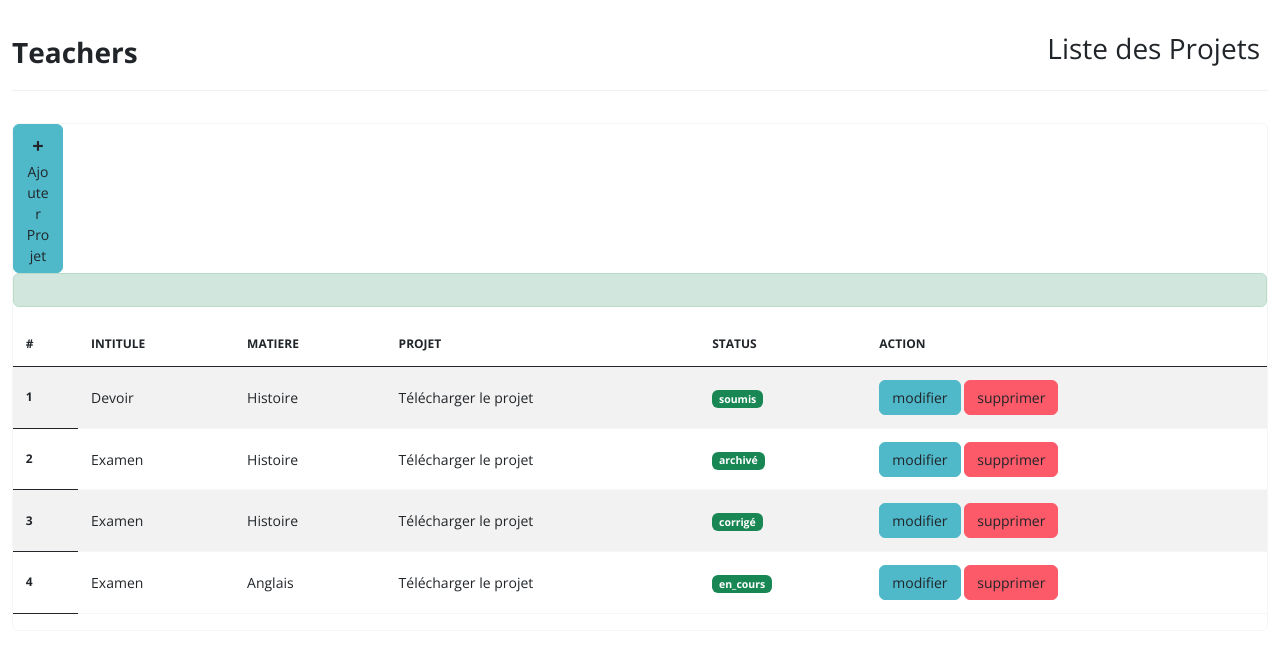
Repository: dimitri0004/Moodle
Page: http://localhost/enseignant/projet/
These files come from the project's save history. The page is drawn as it stood at one moment and after the next save; the edit follows.
The browser window is 1280 px wide. The pictures show the whole page.
The page is served by the project's application, run on Django 4.2 (manage.py). Other server files are loaded and not shown. The database holds what the project's SQL file puts in it.

Above is the page before, as saved 2023-08-19 03:42:12.
Console error: TypeError: Cannot set properties of null (setting 'innerHTML')

### templates/Enseignant/Projet/index.html
{% extends "base.html" %}
{% block content %}

<div class="body d-flex py-lg-3 py-md-2">
    <div class="container-xxl">
        <div class="row">
            <div class="col-md-12">
                <div class="card border-0 mb-4 no-bg">
                    <div class="card-header py-3 px-0 d-flex align-items-center  justify-content-between border-bottom">
                        <h3 class=" fw-bold flex-fill mb-0">Teachers</h3>
                        <div class="dropdown px-2">
                            <H3>Liste des Projets</H3>
                        </div>

                    </div>
                </div>
            </div>
        </div>
        <div class="">
            <div class="col">
                <h3></h3>
                <div class="card teacher-card">
                <a href="{% url 'ajouter_projet' %}" style="width: 50px;" class="btn btn-info"><strong style="font-size: 20px; ">+</strong> Ajouter Projet</a>
                    <p class="alert alert-success">{{ message }}</p>



                    <table class="table table-striped">
                        <thead>
                          <tr>
                            <th scope="col">#</th>
                            <th scope="col">Intitule</th>
                            <th scope="col">Matiere</th>
                            <th scope="col">Projet</th>
                            <th scope="col">Status</th>
                            <th scope="col">Action</th>
                          </tr>
                        </thead>
                        <tbody>
                            {% for projet in Projets %}
                            <tr>
                                <th scope="row">{{ forloop.counter  }}</th>
                                <td>{{ projet.intitule }}</td>
                                <td>{{ projet.matiere }}</td>
                                <td><a href="{{ projet.projet.url }}" download>Télécharger le projet</a></td>
                                <td  ><strong class="badge bg-success">{{ projet.statut }}</strong></td>
                                <td>
                                    <a href="{% url 'modifier_projet' id=projet.id %}" class="btn btn-info">modifier</a>
                                    <a href="{% url 'supprimer_projet' id=projet.id %}" class="btn btn-danger">supprimer</a>
                                </td>
                              </tr>
                            {% endfor %}


                        </tbody>
                      </table>

            </div>
        </div>
    </div>
</div>

<!-- Modal Members-->
<div class="modal fade" id="addUser" tabindex="-1" aria-labelledby="addUserLabel" aria-hidden="true">
    <div class="modal-dialog modal-dialog-centered modal-lg">
    <div class="modal-content">
        <div class="modal-header">
            <h5 class="modal-title  fw-bold" id="addUserLabel">Invite Friend's</h5>
            <button type="button" class="btn-close" data-bs-dismiss="modal" aria-label="Close"></button>
        </div>
        <div class="modal-body">
            <div class="inviteby_email">
                <div class="input-group mb-3">
                    <input type="text" class="form-control" placeholder="Members Invite" aria-label="Recipient's username" aria-describedby="button-addon2">
                    <button class="btn btn-dark" type="button" id="button-addon2">Members Invite</button>
                </div>
            </div>
            <div class="members_list">
                <h6 class="fw-bold ">Members of e-Learn</h6>
                <ul class="list-unstyled list-group list-group-custom list-group-flush mb-0">

                </ul>
            </div>
        </div>
    </div>
    </div>
</div>

{% endblock %}

### templates/base.html
{% load static %}
<!DOCTYPE html>
<html lang="en">
<head>
    <meta charset="UTF-8">
    <meta name="viewport" content="width=device-width, initial-scale=1.0">
    <title>Document</title>

    <link rel="icon" href="favicon.ico" type="image/x-icon"> <!-- Favicon-->

    <!-- plugin css file  -->
    <link rel="stylesheet" href="{% static 'assets/css/carousel.min.css' %}" />
    <!-- project css file  -->
    <link rel="stylesheet" href="{% static 'assets/css/e-learn.style.min.css' %}">
    <!-- Google Code  -->
    <script async src="https://www.googletagmanager.com/gtag/js?id=UA-264428387-1"></script>
    <script>
      window.dataLayer = window.dataLayer || [];
      function gtag(){dataLayer.push(arguments);}
      gtag('js', new Date());

      gtag('config', 'UA-264428387-1');
    </script>

    <script src="{% static 'assets/bundles/libscripts.bundle.js' %}"></script>

    <!-- Plugin Js-->
    <script src="{% static 'assets/bundles/carousel.bundle.js' %}"></script>
    <script src="{% static 'assets/bundles/apexcharts.bundle.js' %}"></script>

    <!-- Jquery Page Js -->
    <script src="{% static 'js/template.js' %}"></script>
    <script src="{% static 'js/page/elearn-index.js' %}"></script>
</head>
<body>

    {% if user.is_authenticated %}

      {% include "_partiels/nav.html" %}
    {% endif %}





    {% block content %}{% endblock %}
</body>
</html>

### AppEcole/models.py
from django.db import models
from django.contrib.auth.models import AbstractUser
class User(AbstractUser):
    ETUDIANT= " ETUDIANT"
    ENSEIGNANT="ENSEIGNANT"
    ADMINISTRATEUR=" ADMINISTRATEUR"

    ROLE_CHOICES = (
        (ETUDIANT, 'Etudiant'),
        (ENSEIGNANT, 'Enseignant'),
        (ADMINISTRATEUR, 'Administrateur'),
    )

    role = models.CharField(max_length=30, choices=ROLE_CHOICES, verbose_name='Rôle')
    birthdate = models.DateField(null=True, blank=False)
    identifiant = models.CharField(max_length=20, null=True, blank=False)
    profil=models.ImageField( upload_to='images', height_field=None, width_field=None, max_length=None, default="12.png", blank=True)

    def __str__(self):
        return self.username

class Devoir(models.Model):

    STATUT_CHOICES = [
        ('en_cours', 'En cours'),
        ('soumis', 'Soumis'),
        ('corrigé', 'Corrige'),
        ('traité', 'Traite'),
        ('archivé', 'Archivé'),
    ]
    intitule=models.CharField(max_length=255)
    matiere=models.CharField(max_length=255)
    statut = models.CharField(max_length=20, choices=STATUT_CHOICES)
    projet = models.FileField(upload_to='projets')


    def __str__(self):
        return self.intitule


# Create your models here.

### AppEcole/views.py
from django.shortcuts import render,redirect,get_object_or_404
from django.core.validators import validate_email
from django.contrib.auth.models import User
from django.db.models import Q
from django.contrib.auth.decorators import login_required
from django.contrib.auth import authenticate, login, logout
from .forms import ProjetForm
from django.contrib.auth import get_user_model
from .models import Devoir
from django.contrib import messages

def index(request):
    return render(request,'index.html')


def ajouter_projet(request):
    messages= ''
    if request.method == 'POST':
        form = ProjetForm(request.POST, request.FILES)
        if form.is_valid():
            form.save()
            form=ProjetForm()
            messages = "votre projet a été ajouter avec succes" # Rediriger vers la liste des projets
    else:
        form = ProjetForm()

    context = {'form': form,'message' :messages}
    return render(request, 'Enseignant/Projet/projet.html', context)

def liste_projets(request):
    projets = Devoir.objects.all()
    return render(request, 'Enseignant/Projet/index.html', {'Projets': projets})

def modifier_projet(request, id):
    projet = get_object_or_404(Devoir, id=id)
    messages=""
    if request.method == 'POST':
        form = ProjetForm(request.POST, request.FILES, instance=projet)
        if form.is_valid():
            form.save()
            form=ProjetForm
            messages="votre projet a été modifier avec succes"


             # Rediriger vers la liste des projets
    else:
        form = ProjetForm(instance=projet)

    context = {'form': form,
               'message':messages}
    return render(request, 'Enseignant/Projet/modifier.html', context)


def supprimer_projet(request, id):
    messages=""
    projet = get_object_or_404(Devoir, id=id)
    intitule=projet.intitule

    if request.method == 'POST':
        projet.delete()
        return redirect('liste_projet')  # Rediriger vers la liste des projets
        messages="votre projet a été supprimer avec succes"
    context = {'intitule': intitule,
               'projet':projet,
               'message':messages}
    return render(request, 'Enseignant/Projet/supprimer.html', context)








def inscription(request):
    error = False
    message = ""

    if request.method == "POST":
        username = request.POST.get('username')
        email = request.POST.get('email')
        nom = request.POST.get('nom')
        prenom = request.POST.get('prenom')
        password = request.POST.get('password')
        confirmePassword = request.POST.get('confirmePassword')
        role = request.POST.get('role')
        identifiant = request.POST.get('identifiant')
        date = request.POST.get('date')
        image = request.POST.get('image')
        # Récupérer le rôle du formulaire

        try:
            validate_email(email)
        except:
            error = True
            message = "Entrer un email valide svp"

        User = get_user_model()  # Obtenir le modèle utilisateur personnalisé

        user = User.objects.filter(Q(email=email) | Q(username=username)).first()
        if user:
            error = True
            message = f"L'email {email} ou le nom d'utilisateur {nom} est déjà utilisé par un utilisateur"

        if password != confirmePassword:
            error = True
            message = "Les deux mots de passe ne sont pas identiques"

        if error == False:
            user = User(

                username=username,
                email=email,
                last_name=nom,
                first_name=prenom,
                identifiant=identifiant,
                role=role,
                birthdate=date,
                profil=image# Enregistrer le rôle dans le modèle
            )
            user.set_password(password)
            user.save()
            return redirect('login')

    context = {
        'error': error,
        'message': message
    }
    return render(request, 'Utilisateur/inscription.html', context)

@login_required
def afficher_profil(request):
        utilisateur = request.user
        return render(request, 'Enseignant/profil.html', {'utilisateur': utilisateur})

def connexion(request):
    error=False
    messages=""
    if request.method=="POST":

        email=request.POST.get('email', None)
        password=request.POST.get('password', None)

        User = get_user_model()
        user=User.objects.filter(email=email).first()
        if user:
            user=authenticate(username=user.username, password=password)
            if user:
                login(request, user)
                if user.role == 'Administrateur':
                    return redirect('acceuil')  # Redirection pour les superutilisateurs
                elif user.role == 'Enseignant':
                    return redirect('liste_projet')  # Redirection pour les membres du groupe "Staff"
                elif user.role == 'Etudiant':
                    return redirect('acceuil')
                else:
                    return redirect('acceuil')  # Redirection par défaut

            else:
                error=True
                message="mot de passe  incorrecte"
        else:
            error=True
            message="l'utilisateur n'existe pas"
    return render(request, 'Utilisateur/connexion.html', {'error':error, 'message':messages})





def deconnexion(request):
    logout(request)
    return redirect('login')
# Create your views here.

### MoodleProject/urls.py
"""
URL configuration for MoodleProject project.

The `urlpatterns` list routes URLs to views. For more information please see:
    https://docs.djangoproject.com/en/4.2/topics/http/urls/
Examples:
Function views
    1. Add an import:  from my_app import views
    2. Add a URL to urlpatterns:  path('', views.home, name='home')
Class-based views
    1. Add an import:  from other_app.views import Home
    2. Add a URL to urlpatterns:  path('', Home.as_view(), name='home')
Including another URLconf
    1. Import the include() function: from django.urls import include, path
    2. Add a URL to urlpatterns:  path('blog/', include('blog.urls'))
"""
from django.contrib import admin
from django.urls import path,include
from django.conf import settings
from django.conf.urls.static import static


urlpatterns = [
    path('admin/', admin.site.urls),
    path('', include('AppEcole.urls')),
]
if settings.DEBUG:
    urlpatterns += static(settings.MEDIA_URL,
    document_root=settings.MEDIA_ROOT)

### AppEcole/urls.py
from django.urls import path
from .views import index, inscription, connexion,ajouter_projet,deconnexion,liste_projets,modifier_projet,supprimer_projet,afficher_profil
urlpatterns = [
    path('acceuil', index, name='acceuil'),
    path('inscription/', inscription, name='register'),
    path('', connexion, name='login'),
    path('deconnexion/', deconnexion, name='logout'),


    path('enseignant/projet/ajouter', ajouter_projet, name='ajouter_projet'),
    path('enseignant/projet/', liste_projets, name='liste_projet'),
    path('enseignant/projet/modifier/<int:id>',modifier_projet, name='modifier_projet'),
    path('enseignant/projet/supprimer/<int:id>',supprimer_projet, name='supprimer_projet'),
    path('enseignant/profil',afficher_profil, name='afficher_profil'),


]

### static/assets/css/carousel.min.css
.owl-carousel,.owl-carousel .owl-item{-webkit-tap-highlight-color:transparent;position:relative}.owl-carousel{display:none;width:100%;z-index:1}.owl-carousel .owl-stage{position:relative;-ms-touch-action:pan-Y;-moz-backface-visibility:hidden}.owl-carousel .owl-stage:after{content:".";display:block;clear:both;visibility:hidden;line-height:0;height:0}.owl-carousel .owl-stage-outer{position:relative;overflow:hidden;-webkit-transform:translate3d(0, 0, 0)}.owl-carousel .owl-item,.owl-carousel .owl-wrapper{-webkit-backface-visibility:hidden;-moz-backface-visibility:hidden;-ms-backface-visibility:hidden;-webkit-transform:translate3d(0, 0, 0);-moz-transform:translate3d(0, 0, 0);-ms-transform:translate3d(0, 0, 0)}.owl-carousel .owl-item{min-height:1px;float:left;-webkit-backface-visibility:hidden;-webkit-touch-callout:none}.owl-carousel .owl-item img{display:block;width:100%}.owl-carousel .owl-dots.disabled,.owl-carousel .owl-nav.disabled{display:none}.no-js .owl-carousel,.owl-carousel.owl-loaded{display:block}.owl-carousel .owl-dot,.owl-carousel .owl-nav .owl-next,.owl-carousel .owl-nav .owl-prev{cursor:pointer;cursor:hand;-webkit-user-select:none;-khtml-user-select:none;-moz-user-select:none;-ms-user-select:none;user-select:none}.owl-carousel.owl-loading{opacity:0;display:block}.owl-carousel.owl-hidden{opacity:0}.owl-carousel.owl-refresh .owl-item{visibility:hidden}.owl-carousel.owl-drag .owl-item{-webkit-user-select:none;-moz-user-select:none;-ms-user-select:none;user-select:none}.owl-carousel.owl-grab{cursor:move;cursor:grab}.owl-carousel.owl-rtl{direction:rtl}.owl-carousel.owl-rtl .owl-item{float:right}.owl-carousel .animated{animation-duration:1s;animation-fill-mode:both}.owl-carousel .owl-animated-in{z-index:0}.owl-carousel .owl-animated-out{z-index:1}.owl-carousel .fadeOut{animation-name:fadeOut}@keyframes fadeOut{0%{opacity:1}100%{opacity:0}}.owl-height{transition:height .5s ease-in-out}.owl-carousel .owl-item .owl-lazy{opacity:0;transition:opacity .4s ease}.owl-carousel .owl-item img.owl-lazy{transform-style:preserve-3d}.owl-carousel .owl-video-wrapper{position:relative;height:100%;background:#000}.owl-carousel .owl-video-play-icon{position:absolute;height:80px;width:80px;left:50%;top:50%;margin-left:-40px;margin-top:-40px;background:url(owl.video.play.html) no-repeat;cursor:pointer;z-index:1;-webkit-backface-visibility:hidden;transition:transform .1s ease}.owl-carousel .owl-video-play-icon:hover{-ms-transform:scale(1.3, 1.3);transform:scale(1.3, 1.3)}.owl-carousel .owl-video-playing .owl-video-play-icon,.owl-carousel .owl-video-playing .owl-video-tn{display:none}.owl-carousel .owl-video-tn{opacity:0;height:100%;background-position:center center;background-repeat:no-repeat;background-size:contain;transition:opacity .4s ease}.owl-carousel .owl-video-frame{position:relative;z-index:1;height:100%;width:100%}

### static/js/template.js
if (typeof jQuery === "undefined") {
    throw new Error("jQuery plugins need to be before this file");
}

$(function() {
    "use strict";

    // main sidebar toggle js
    $('.menu-toggle').on('click', function () {
        $('.sidebar').toggleClass('open');
        $('.open').removeClass('sidebar-mini');
    });

    // layout a sidebar mini version
    $('.sidebar-mini-btn').on('click', function () {
        $('.sidebar').toggleClass('sidebar-mini');
        $('.sidebar-mini').removeClass('open');
    });

    // chat page chatlist toggle js
    $('.chatlist-toggle').on('click', function () {
        $('.card-chat').toggleClass('open');
    });

    $(".theme-rtl input").on('change',function() {
        if(this.checked) {
            $("body").addClass('rtl_mode');
        }else{
            $("body").removeClass('rtl_mode');
        }

    });

    // cSidebar overflow daynamic height

    overFlowDynamic();

    $(window).resize(function(){
        overFlowDynamic();
    });

    function overFlowDynamic(){
        var sideheight=$(".sidebar.sidebar-mini").height() + 48;

        if(sideheight <= 760) {
            $(".sidebar.sidebar-mini").css( "overflow", "scroll");
        }
        else{
            $(".sidebar.sidebar-mini").css( "overflow", "visible");
        }
    }


    // Dropdown scroll hide using table responsive

    $('.table-responsive').on('show.bs.dropdown', function () {
        $('.table-responsive').css( "overflow", "inherit" );
    });

    $('.table-responsive').on('hide.bs.dropdown', function () {
            $('.table-responsive').css( "overflow", "auto" );
    })

    // light and dark theme setting js
    var toggleSwitch = document.querySelector('.theme-switch input[type="checkbox"]');
    var toggleHcSwitch = document.querySelector('.theme-high-contrast input[type="checkbox"]');
    var currentTheme = localStorage.getItem('theme');
    if (currentTheme) {
        document.documentElement.setAttribute('data-theme', currentTheme);

        if (currentTheme === 'dark') {
            toggleSwitch.checked = true;
        }
        if (currentTheme === 'high-contrast') {
            toggleHcSwitch.checked = true;
            toggleSwitch.checked = false;
        }
    }
    function switchTheme(e) {
        if (e.target.checked) {
            document.documentElement.setAttribute('data-theme', 'dark');
            localStorage.setItem('theme', 'dark');
            $('.theme-high-contrast input[type="checkbox"]').prop("checked", false);
        }
        else {
            document.documentElement.setAttribute('data-theme', 'light');
            localStorage.setItem('theme', 'light');
        }
    }
    toggleSwitch.addEventListener('change', switchTheme, false);
    // end
});

// live support team js
$(function() {
    "use strict";
    var Tawk_API=Tawk_API||{}, Tawk_LoadStart=new Date();
    (function(){
        var s1=document.createElement("script"),s0=document.getElementsByTagName("script")[0];
        s1.async=true;
        s1.src='https://embed.tawk.to/6051a040f7ce18270930e55a/1f0vdjvfu';
        s1.charset='UTF-8';
        s1.setAttribute('crossorigin','*');
        s0.parentNode.insertBefore(s1,s0);
    })();
});

### static/js/page/elearn-index.js
if (typeof jQuery === "undefined") {
    throw new Error("jQuery plugins need to be before this file");
}
$(function() {
    "use strict";
    var tooltipTriggerList = [].slice.call(document.querySelectorAll('[data-bs-toggle="tooltip"]'))
    var tooltipList = tooltipTriggerList.map(function (tooltipTriggerEl) {
        return new bootstrap.Tooltip(tooltipTriggerEl)
    })

    /*****Owl Slider************/
    $(document).ready(function(){
        $('.owl-carouselone').owlCarousel({
            stagePadding: 30,
            loop:true,
            margin:10,
            nav:true,
            navText: ["<img src='../dist/assets/images/stylish-left.png'>","<img src='../dist/assets/images/stylish-right.png'>"],
            responsive:{
                0:{
                    items:1
                },
                480:{
                    items:3
                },
                600:{
                    items:3
                },
                740:{
                    items:6
                },
                1000:{
                    items:2
                },
                1100:{
                    items:3
                },
                1400:{
                    items:3
                },
                1500:{
                    items:4
                }
            }
        })

        $('.owl-carouseltwo').owlCarousel({
            loop:true,
            margin:5,
            autoplay:true,
            autoplayTimeout:4000,
            autoplayHoverPause:true,
            responsive:{
                0:{
                    items:1
                },
                480:{
                    items:1
                },
                600:{
                    items:1
                },
                1000:{
                    items:2
                },
                1100:{
                    items:2
                },
                1400:{
                    items:3
                }
            }
        })
    });

    // basic-column
    $(document).ready(function() {
        var options = {
            chart: {
                height: 350,
                type: 'bar',
            },
            colors: ['var(--chart-color1)', 'var(--chart-color2)', 'var(--chart-color4)'],
            plotOptions: {
                bar: {
                    horizontal: false,
                    columnWidth: '55%',
                    endingShape: 'rounded'
                },
            },
            dataLabels: {
                enabled: false
            },
            stroke: {
                show: true,
                width: 2,
                colors: ['transparent']
            },
            series: [{
                name: 'Listening',
                data: [44, 55, 57, 56, 61, 58, 63, 60, 66]
            }, {
                name: 'Writing',
                data: [76, 85, 101, 98, 87, 105, 91, 114, 94]
            }, {
                name: 'Video View',
                data: [35, 41, 36, 26, 45, 48, 52, 53, 41]
            }],
            xaxis: {
                categories: ['Feb', 'Mar', 'Apr', 'May', 'Jun', 'Jul', 'Aug', 'Sep', 'Oct'],
            },
            yaxis: {
                title: {
                    text: ''
                }
            },
            fill: {
                opacity: 1

            },
            tooltip: {
                y: {
                    formatter: function (val) {
                        return "$ " + val + " thousands"
                    }
                }
            }
        }

        var chart = new ApexCharts(
            document.querySelector("#apex-basic-column"),
            options
        );

        chart.render();
    });


});
/*****digital-clock************/
function date_time(id){
    date = new Date;
    h = date.getHours();
    if(h<10)
    {
            h = "0"+h;
    }
    m = date.getMinutes();
    if(m<10)
    {
            m = "0"+m;
    }
    s = date.getSeconds();
    if(s<10)
    {
            s = "0"+s;
    }
    document.getElementById("s").innerHTML = ''+s;
    document.getElementById("m").innerHTML = ''+m;
    document.getElementById("h").innerHTML = ''+h;
    setTimeout('date_time("'+"s"+'");','1000');
    return true;
}
window.onload = date_time('s');

### moodle.sql (the tables this page reads)
CREATE TABLE `appecole_devoir` (
  `id` bigint(20) NOT NULL,
  `intitule` varchar(255) NOT NULL,
  `matiere` varchar(255) NOT NULL,
  `statut` varchar(20) NOT NULL,
  `projet` varchar(100) NOT NULL
) ENGINE=InnoDB DEFAULT CHARSET=utf8mb4;

INSERT INTO `appecole_devoir` (`id`, `intitule`, `matiere`, `statut`, `projet`) VALUES
(3, 'Devoir', 'Histoire', 'soumis', 'projets/api.txt'),
(5, 'Examen', 'Histoire', 'archivé', 'projets/rose_oPjV7Xt.xlsx'),
(6, 'Examen', 'Histoire', 'corrigé', 'projets/wordpress.txt'),
(7, 'Examen', 'Anglais', 'en_cours', 'projets/9ddd859d-fb28-4d27-b879-5b210936f2cb.jpg');

ALTER TABLE `appecole_devoir`
  ADD PRIMARY KEY (`id`);

ALTER TABLE `appecole_devoir`
  MODIFY `id` bigint(20) NOT NULL AUTO_INCREMENT, AUTO_INCREMENT=8;

Loaded but not shown: static/assets/css/e-learn.style.min.css (library); static/assets/bundles/libscripts.bundle.js (library); static/assets/bundles/carousel.bundle.js (library); static/assets/bundles/apexcharts.bundle.js (library)

After the next save:
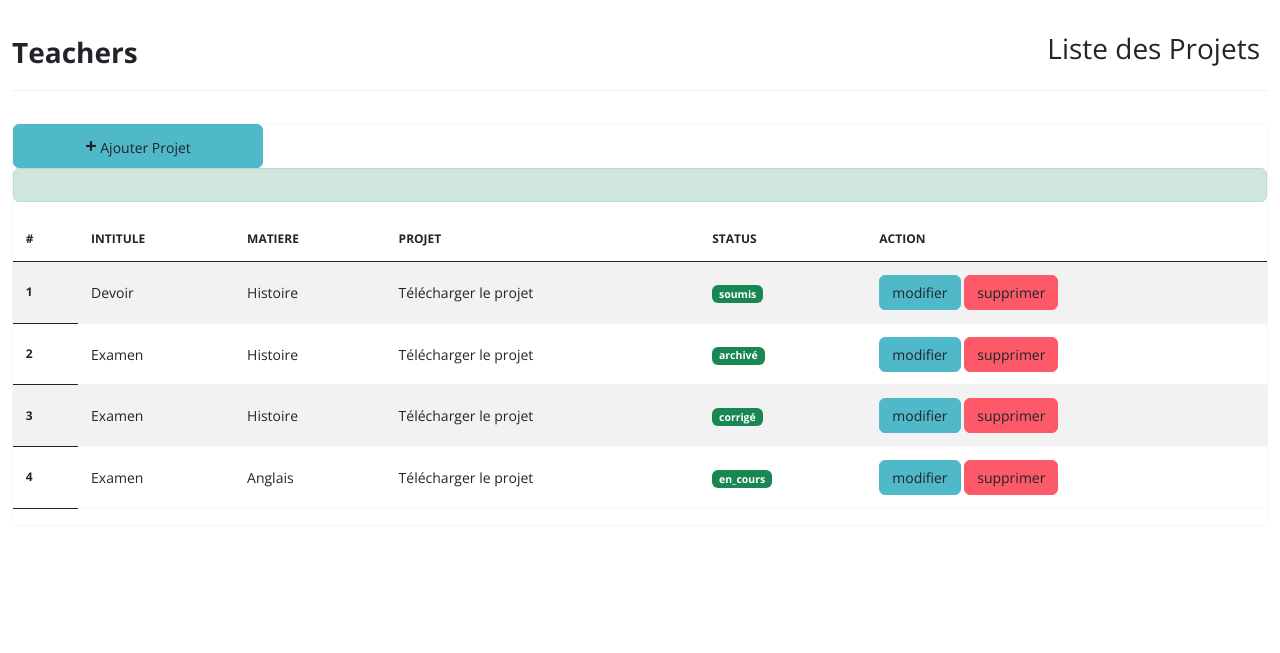
Saved 10 s later.
--- a/templates/Enseignant/Projet/index.html
+++ b/templates/Enseignant/Projet/index.html
@@ -20,7 +20,7 @@
             <div class="col">
                 <h3></h3>
                 <div class="card teacher-card">
-                <a href="{% url 'ajouter_projet' %}" style="width: 50px;" class="btn btn-info"><strong style="font-size: 20px; ">+</strong> Ajouter Projet</a>
+                <a href="{% url 'ajouter_projet' %}" style="width: 250px;" class="btn btn-info"><strong style="font-size: 20px; ">+</strong> Ajouter Projet</a>
                     <p class="alert alert-success">{{ message }}</p>
 
 
